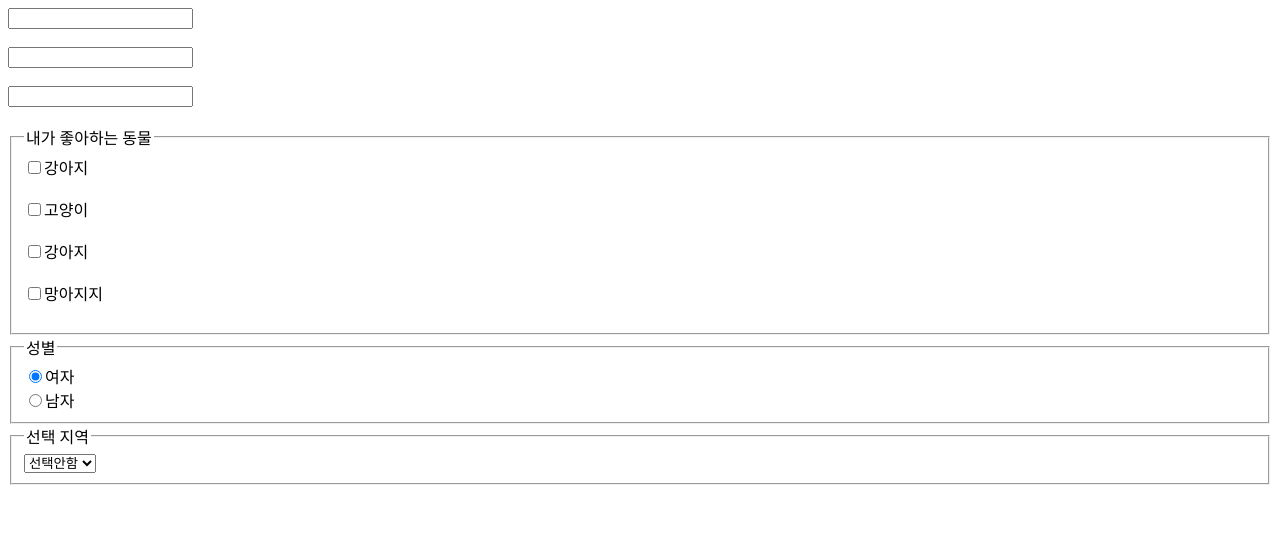
Repository: cordingdodo/javaworks2
Page: practice01/WebContent/input.html
These files come from the project's save history. The page is drawn as it stood at one moment and after the next save; the edit follows.
The browser window is 1280 px wide. The pictures show the whole page.

Above is the page before, as saved 2022-10-17 07:06:32.

### practice01/WebContent/input.html
<!DOCTYPE html>
<html>
<head>
<meta charset="UTF-8">
<title>입력 데이터 처리와 주고 받기</title>
</head>
<body>
<form name="indata" action="test04.jsp" method="post">
	<input type="text" name="name"><br><br>
	<input type="text" name="addr"><br><br>
	<input type="number" name="age"><br><br>
	<fieldset>
		<legend>내가 좋아하는 동물</legend>
		<input type="checkbox" name="pet" value="dog">강아지<br><br>
		<input type="checkbox" name="pet" value="cat">고양이<br><br>
		<input type="checkbox" name="pet" value="pig">강아지<br><br>
		<input type="checkbox" name="pet" value="horse">망아지지<br><br>
	</fieldset>
	<fieldset>
		<legend>성별</legend>
		<input type="radio" name="female" value="f" checked>여자<br>
		<input type="radio" name="male" value="m">남자<br>
	</fieldset>
		<fieldset>
		<legend>선택 지역</legend>
		<select name="area">
			<option selected>선택안함</option>
			<option value="01">서울</option>
			<option value="02">대전</option>
			<option value="03">부산</option>
			<option value="04">강원</option>

		</select>
	</fieldset>
</form>

</body>
</html>

After the next save:
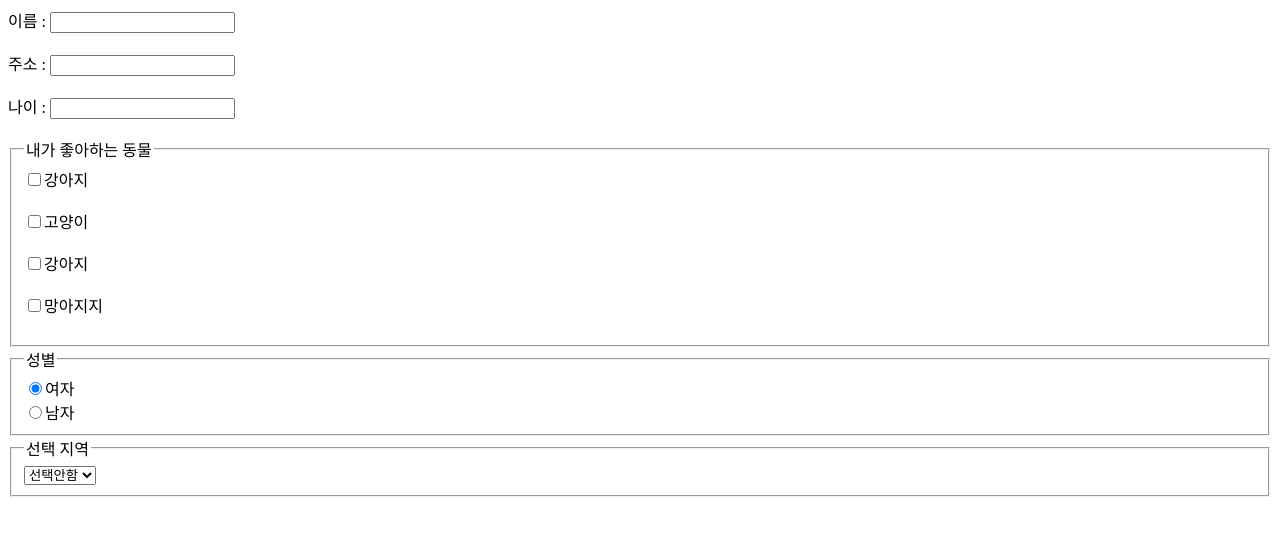
Saved 34 s later.
--- a/practice01/WebContent/input.html
+++ b/practice01/WebContent/input.html
@@ -6,9 +6,9 @@
 </head>
 <body>
 <form name="indata" action="test04.jsp" method="post">
-	<input type="text" name="name"><br><br>
-	<input type="text" name="addr"><br><br>
-	<input type="number" name="age"><br><br>
+	이름 : <input type="text" name="name"><br><br>
+	주소 : <input type="text" name="addr"><br><br>
+	나이 : <input type="number" name="age"><br><br>
 	<fieldset>
 		<legend>내가 좋아하는 동물</legend>
 		<input type="checkbox" name="pet" value="dog">강아지<br><br>
